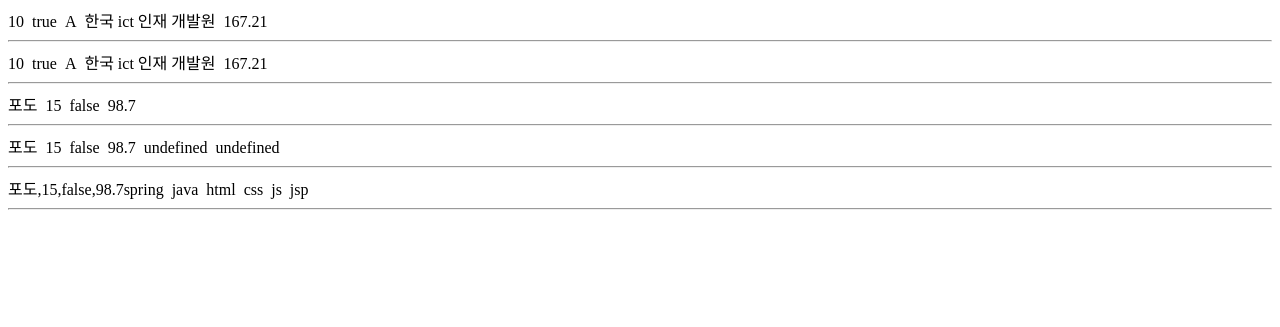
Repository: shinsil0601/webstudy
Page: 03_JavaScript/src/main/webapp/day02/ex01_Array.html
The author's editor kept a copy of each file at every save. The page is drawn from the files as they stood at one save, then again after the next save.
The browser window is 1280 px wide. The pictures show the whole page.

Above is the page before, as saved 2023-06-28 01:17:15.

### 03_JavaScript/src/main/webapp/day02/ex01_Array.html
<!DOCTYPE html>
<html>
<head>
<meta charset="UTF-8">
<title>배열: Array()</title>
<script type="text/javascript">
	// 배열: 크기를 지정하지 않아도 된다. 모든 자료를 담을 수 있다.

	// 방법1
	var arr = new Array();
	arr[0] = 10;
	arr[1] = true;
	arr[2] = 'A';
	arr[3] = '한국 ict 인재 개발원';
	arr[4] = 167.21;

	// 출력
	for (var i = 0; i < arr.length; i++) {
		document.write(arr[i]+"&nbsp;&nbsp;");
	}
	document.write("<hr>")
	// 자바의 foreach와 비슷한 forin문 있다.
	// 자바는 데이터 자체를 넘기지만 자바스크립트는 index를 넘긴다
	// 여기서 k는 index
	for ( var k in arr) {
		//document.write(k+"&nbsp;&nbsp;");
		document.write(arr[k]+"&nbsp;&nbsp;");
	}
	document.write("<hr>")

	// 방법2
	var arr2= ["포도", 15, false, 98.7];
	for ( var k in arr2) {
		//document.write(k+"&nbsp;&nbsp;");
		document.write(arr2[k]+"&nbsp;&nbsp;");
	}
	document.write("<hr>")

	// 문자열을 배열로 만들자
	var myData = "java,jsp,html,css,javascript,spring";
	// myArr는 ,(콤마)를 기준으로 배열로 만들어졌다.
	var myArr = myData.split(",");
	for ( var k in myArr) {
		//document.write(k+"&nbsp;&nbsp;");
		document.write(arr2[k]+"&nbsp;&nbsp;");
	}
	document.write("<hr>")

	// arr2 배열을 문자열로 만들자
	// 배열.join("구분자");
	var myData2 = arr2.join(",");
	document.write(myData2);

	// 자바스크립트의 배열은 추가 삭제가 가능
	var myArr3 = ["java", "html", "css", "js"];
	// 뒤에 추가
	myArr3.push("jsp");
	// 앞에 추가
	myArr3.unshift("spring");

	for ( var k in myArr3) {
		document.write(myArr3[k]+"&nbsp;&nbsp;");
	}
	document.write("<hr>")

	// 추출 - 꺼낸 요소 반환
	// 뒤 요소 삭제 - pop();
	// 앞 요소 삭제 - shift();




</script>
</head>
<body>

</body>
</html>

After the next save:
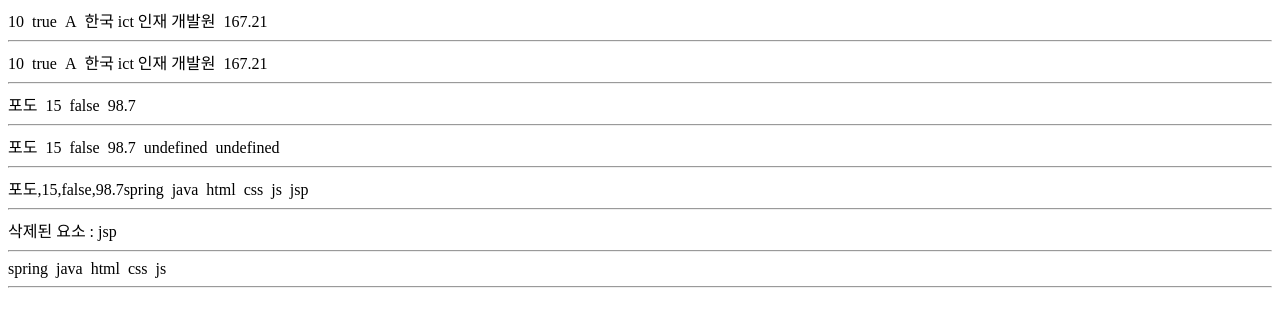
Saved 108 s later.
--- a/03_JavaScript/src/main/webapp/day02/ex01_Array.html
+++ b/03_JavaScript/src/main/webapp/day02/ex01_Array.html
@@ -66,8 +66,14 @@
 	// 추출 - 꺼낸 요소 반환
 	// 뒤 요소 삭제 - pop();
 	// 앞 요소 삭제 - shift();
-
-
+	// k1는 삭제된 요소를 가지고 있다.
+	var k1 = myArr3.pop();
+	document.write("삭제된 요소 : "+ k1);
+	document.write("<hr>")
+	for ( var k in myArr3) {
+		document.write(myArr3[k]+"&nbsp;&nbsp;");
+	}
+	document.write("<hr>")
 
 
 </script>
